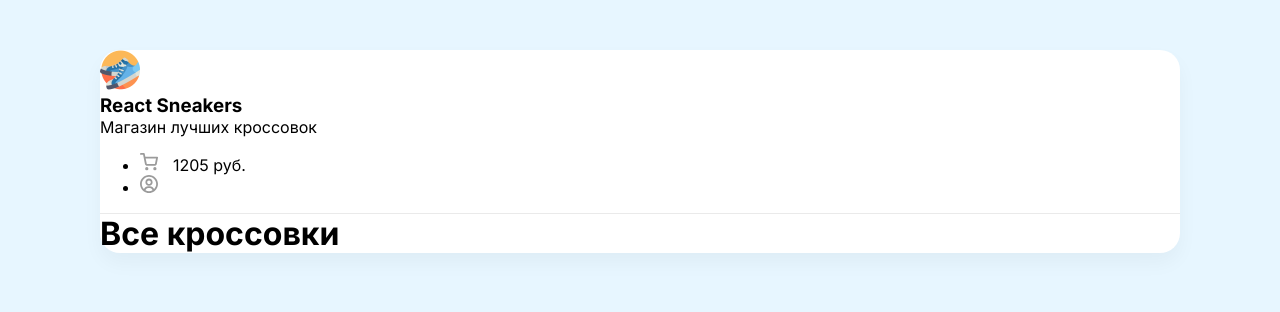
Repository: Insolent13/react-sneakers
Page: /
An editor plug-in stored every save of this project. The page is shown before and after a run of saves, followed by the edit.
The browser window is 1280 px wide. The pictures show the whole page.
The project was rebuilt for these pictures with package versions that can differ from the ones it lists, and the page was loaded fresh each time.

Above is the page before, as saved 2024-07-08 01:14:58.

### public/index.html
<!DOCTYPE html>
<html lang="en">
  <head>
    <meta charset="utf-8" />
    <link rel="icon" href="%PUBLIC_URL%/favicon.ico" />
    <meta name="viewport" content="width=device-width, initial-scale=1" />
    <meta name="theme-color" content="#000000" />
    <meta
      name="description"
      content="Web site created using create-react-app"
    />
    <link rel="apple-touch-icon" href="%PUBLIC_URL%/logo192.png" />
    <!--
      manifest.json provides metadata used when your web app is installed on a
      user's mobile device or desktop. See https://developers.google.com/web/fundamentals/web-app-manifest/
    -->
    <link rel="manifest" href="%PUBLIC_URL%/manifest.json" />
    <!--
      Notice the use of %PUBLIC_URL% in the tags above.
      It will be replaced with the URL of the `public` folder during the build.
      Only files inside the `public` folder can be referenced from the HTML.

      Unlike "/favicon.ico" or "favicon.ico", "%PUBLIC_URL%/favicon.ico" will
      work correctly both with client-side routing and a non-root public URL.
      Learn how to configure a non-root public URL by running `npm run build`.
    -->
    <link rel="preconnect" href="https://fonts.gstatic.com" />
    <link
      href="https://fonts.googleapis.com/css2?family=Inter:wght@400;500;600;700;800&display=swap"
      rel="stylesheet"
    />
    <title>React Sneakers</title>
  </head>
  <body>
    <noscript>You need to enable JavaScript to run this app.</noscript>
    <div id="root"></div>
    <!--
      This HTML file is a template.
      If you open it directly in the browser, you will see an empty page.

      You can add webfonts, meta tags, or analytics to this file.
      The build step will place the bundled scripts into the <body> tag.

      To begin the development, run `npm start` or `yarn start`.
      To create a production bundle, use `npm run build` or `yarn build`.
    -->
  </body>
</html>

### src/index.js
import React from 'react';
import ReactDOM from 'react-dom/client';
import './index.scss';
import 'macro-css';
import App from './App';

const root = ReactDOM.createRoot(document.getElementById('root'));
root.render(
  <React.StrictMode>
    <App />
  </React.StrictMode>
);

### src/index.scss
body {
  margin: 0;
  font-family: 'Inter', system-ui;
  -webkit-font-smoothing: antialiased;
  -moz-osx-font-smoothing: grayscale;
  background-color: #e7f6ff;
}

.wrapper {
  background: #ffffff;
  box-shadow: 0px 10px 20px rgba(0, 0, 0, 0.04);
  border-radius: 20px;
  max-width: 1080px;
  margin: 50px auto;
}

header {
  border-bottom: 1px solid #eaeaea;
  img {
    margin-right: 15px;
  }

  h3,
  p {
    margin: 0;
  }
}

.content {
  h1 {
    margin: 0;
  }
}

### src/App.js
function App() {
  return (
    <div className="wrapper clear">
      <header className="d-flex justify-between align-center p-40">
        <div className="d-flex align-center">
          <img width={40} height={40} src="/img/logo.png" alt=""></img>
          <div>
            <h3 className="text-uppercase">React Sneakers</h3>
            <p>Магазин лучших кроссовок</p>
          </div>
        </div>
        <ul className="d-flex">
          <li className="mr-30">
            <img width={18} height={18} src="/img/cart.svg" alt=""></img>
            <span>1205 руб.</span>
          </li>
          <li>
            <img width={18} height={18} src="/img/user.svg" alt=""></img>
          </li>
        </ul>
      </header>
      <div className="content p-40">
        <h1>Все кроссовки</h1>

        <div className="card">

        </div>
      </div>
    </div>
  );
}

export default App;

After the next 3 saves:
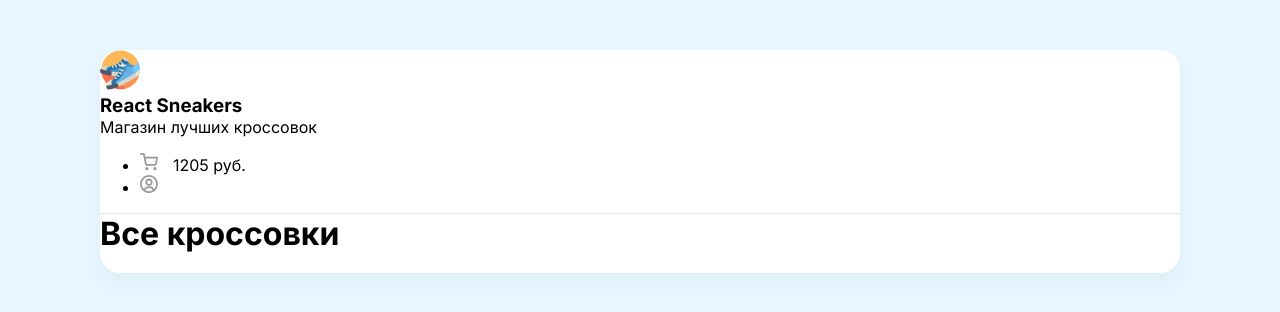
The 3 saves are shown as one change because 1 did not build or start and some came seconds apart.
The last was saved 20 s later.
--- a/src/App.js
+++ b/src/App.js
@@ -23,7 +23,7 @@
         <h1>Все кроссовки</h1>
 
         <div className="card">
-
+        <img src="" alt=""></img>
         </div>
       </div>
     </div>
